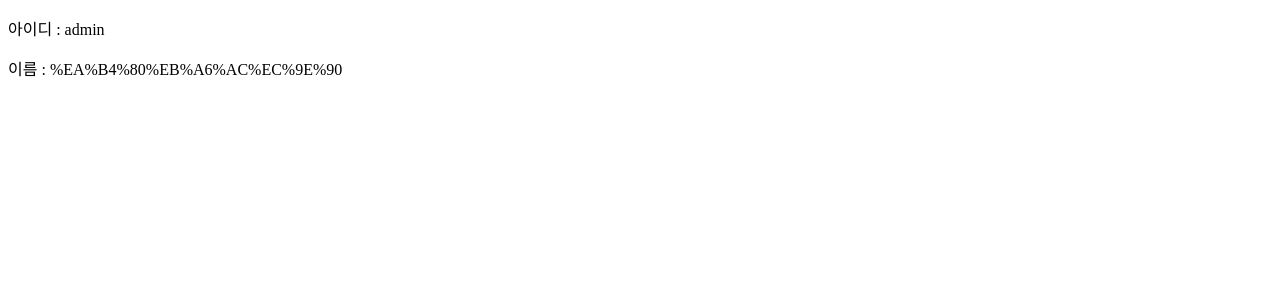
Repository: CheolHo-0428/JSP-Web-Programming
Page: http://localhost/JSPBook/ch04/param01.jsp
The author's editor kept a copy of each file at every save. The page is drawn from the files as they stood at one save, then again after the next save.
The browser window is 1280 px wide. The pictures show the whole page.
The page is served by Tomcat 9.

Above is the page before, as saved 2021-05-09 02:19:16.

After the next save:
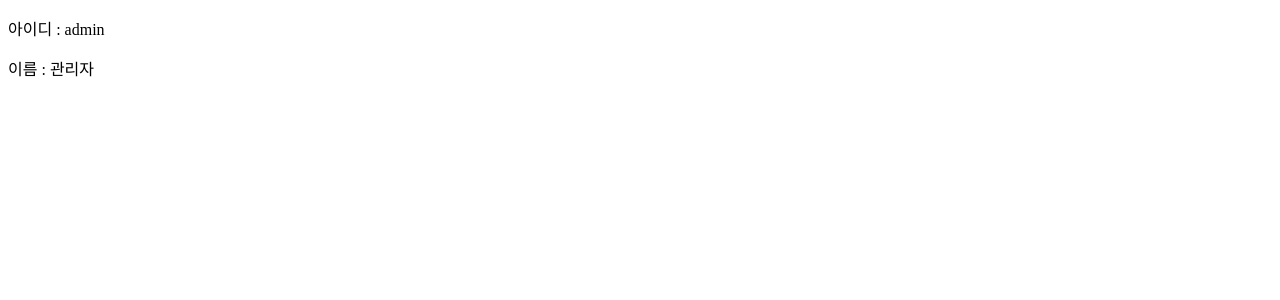
Saved 79 s later.
--- a/JSPBook/src/main/webapp/ch04/param01_data.jsp
+++ b/JSPBook/src/main/webapp/ch04/param01_data.jsp
@@ -12,6 +12,6 @@
 		String name = request.getParameter("name");
 	%>
 	<p>아이디 : <%= id %></p>
-	<p>이름 : <%= name %></p>
+	<p>이름 : <%=java.net.URLDecoder.decode(name) %></p>
 </body>
 </html>

After the 3 saves that followed:
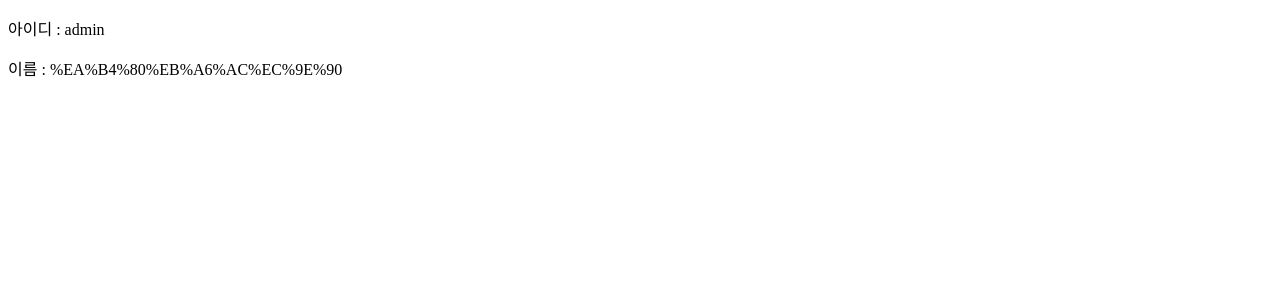
The 3 saves are shown as one change because 2 left the picture as it was.
The last was saved 4 min 15 s later.
--- a/JSPBook/src/main/webapp/ch04/param01_data.jsp
+++ b/JSPBook/src/main/webapp/ch04/param01_data.jsp
@@ -11,7 +11,7 @@
 		String id = request.getParameter("id");
 		String name = request.getParameter("name");
 	%>
-	<p>아이디 : <%= id %></p>
-	<p>이름 : <%=java.net.URLDecoder.decode(name) %></p>
+	<p>아이디 : <%= id %>
+	<p>이름 : <%=name%>
 </body>
 </html>
